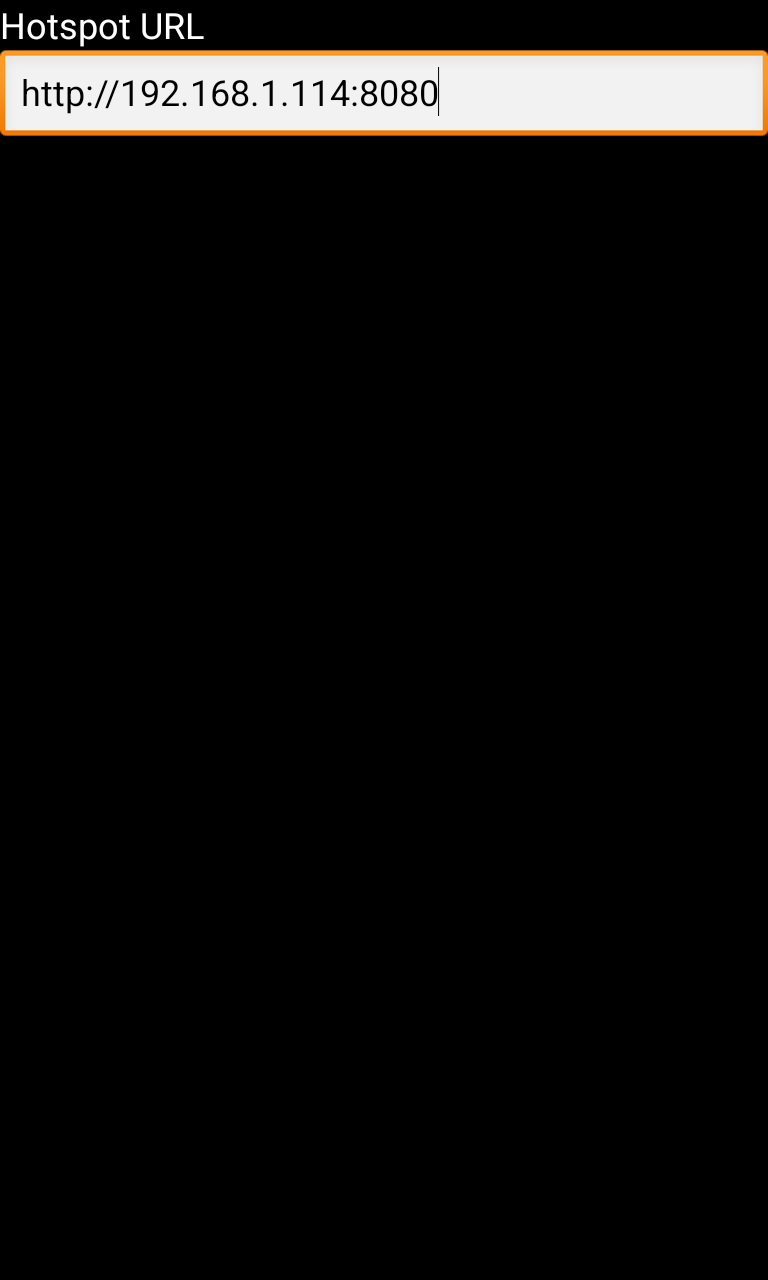
Repository: ebu/ebu-broadcast-hotspot
Layout: eclipse/broadcastinghotspot/res/layout/configuration.xml
These files come from the project's save history. The layout is drawn as it stood at one moment and after the next save; the edit follows.
It is drawn on a 768 x 1280 px phone screen (xhdpi) without system bars, with theme android:Theme; the app's code is not run.

Above is the layout before, as saved 2011-08-29 15:28:02.

After the next save:
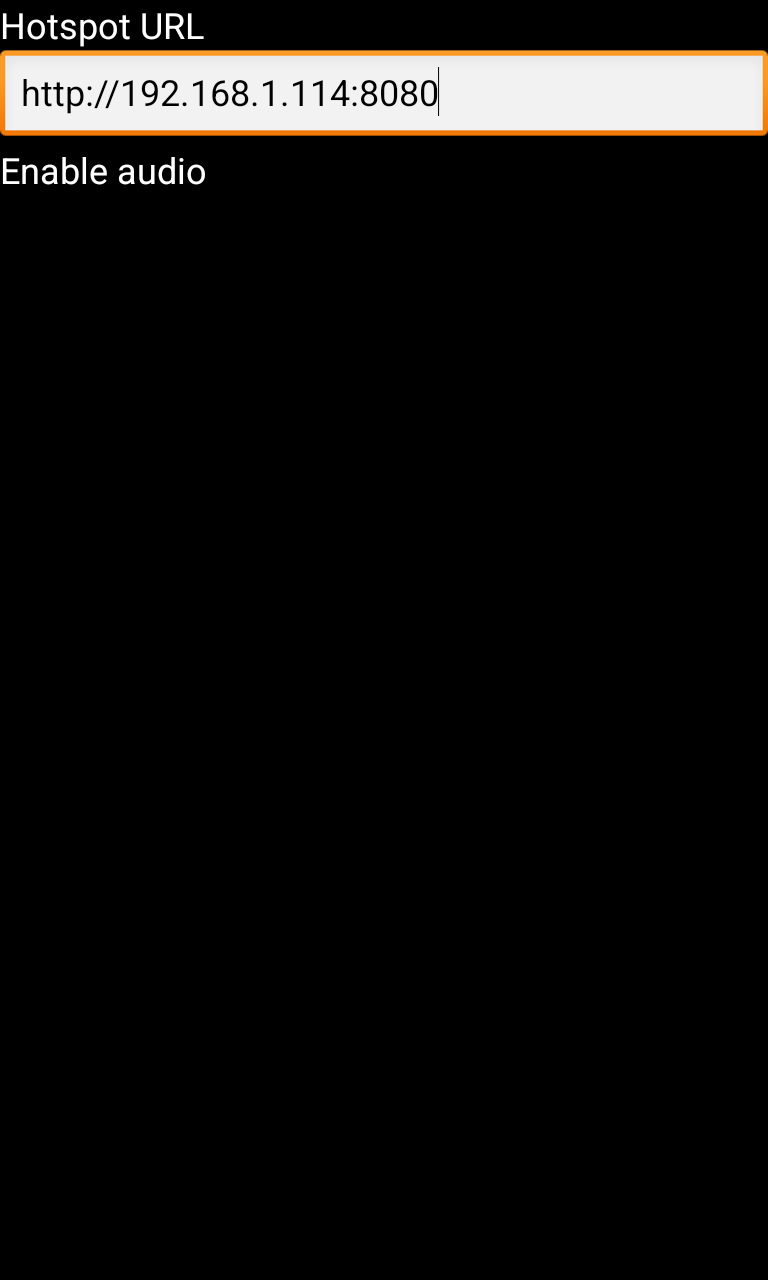
Saved 20 s later.
--- a/eclipse/broadcastinghotspot/res/layout/configuration.xml
+++ b/eclipse/broadcastinghotspot/res/layout/configuration.xml
@@ -12,4 +12,10 @@
 		<requestFocus></requestFocus>
 	</EditText>
 
+	<TextView android:textAppearance="?android:attr/textAppearanceMedium"
+		android:id="@+id/textView2" android:text="Enable audio"
+		android:layout_height="wrap_content" android:layout_width="wrap_content"></TextView>
+
+
+
 </LinearLayout>
